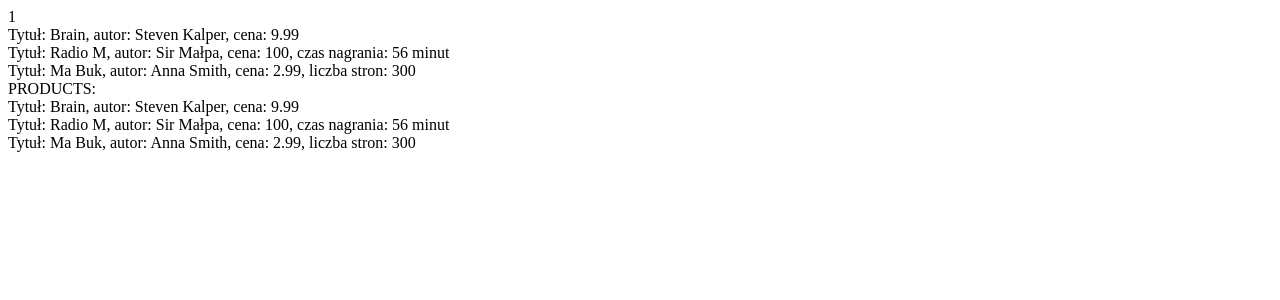
Repository: wojciechDrozd/php
Page: http://localhost/ShopProduct.php
An editor plug-in stored every save of this project. The page is shown before and after the next save, followed by the edit.
The browser window is 1280 px wide. The pictures show the whole page.
The page is run by PHP 8.4 with error messages shown; the project is at /var/www/html/.

Above is the page before, as saved 2017-03-04 14:22:44.

After the next save:
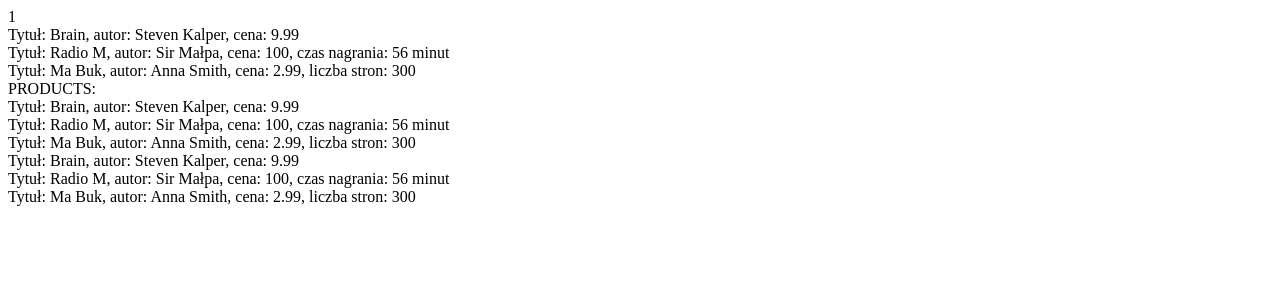
Saved 96 s later.
--- a/Shop/ShopProduct.php
+++ b/Shop/ShopProduct.php
@@ -145,8 +145,12 @@ $mywriter = new TextProductWriter();
 $mywriter->addProduct($shopProduct);
 $mywriter->addProduct($cdProduct);
 $mywriter->addProduct($bookProduct);
-
 $mywriter->write();
 
+$mywriter2 = new XmlProductWriter();
+$mywriter2->addProduct($shopProduct);
+$mywriter2->addProduct($cdProduct);
+$mywriter2->addProduct($bookProduct);
+$mywriter2->write();
 
 ?>
